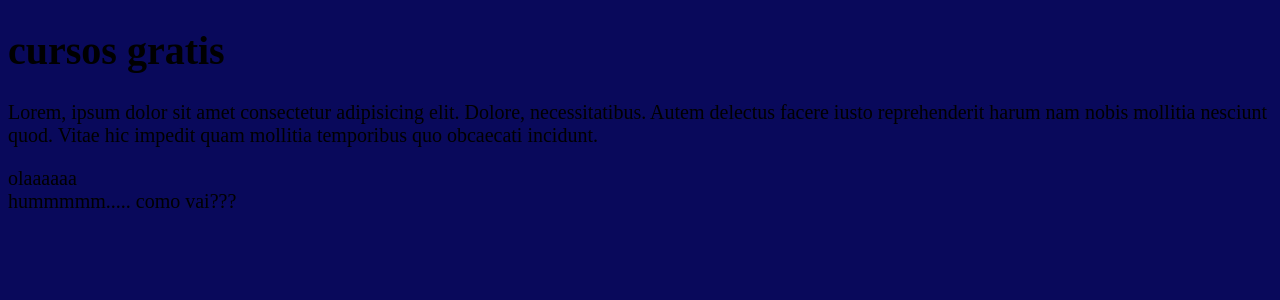
Repository: YuaneCastro/CRIANDO-UM-SITE--CURSO-GIT--GIT-HUB
Page: index.html
These files come from the project's save history. The page is drawn as it stood at one moment and after the next save; the edit follows.
The browser window is 1280 px wide. The pictures show the whole page.

Above is the page before, as saved 2025-08-14 00:28:21.

### index.html
<!DOCTYPE html>
<html lang="en">
<head>
    <meta charset="UTF-8">
    <meta name="viewport" content="width=device-width, initial-scale=1.0">
    <title>Document</title>
    <link rel="stylesheet" href="/index.css">
</head>
<body>
    <head>
        <h1>cursos gratis</h1>
    </head>
    <section>
        <p>Lorem, ipsum dolor sit amet consectetur adipisicing elit. Dolore, necessitatibus. Autem delectus facere iusto reprehenderit harum nam nobis mollitia nesciunt quod. Vitae hic impedit quam mollitia temporibus quo obcaecati incidunt.
        </p>
        <div>olaaaaaa</div>
        <div>hummmmm..... como vai???</div>
    </section>
    <script src="/index.js"></script>
</body>
</html>

### index.css
body{
    background: rgb(9, 9, 91);
    font-size: 20px;
    font-style: normal;
    color: ;
}

Loaded but not shown: index.js (no stored copy; drawn as an empty file)

After the next save:
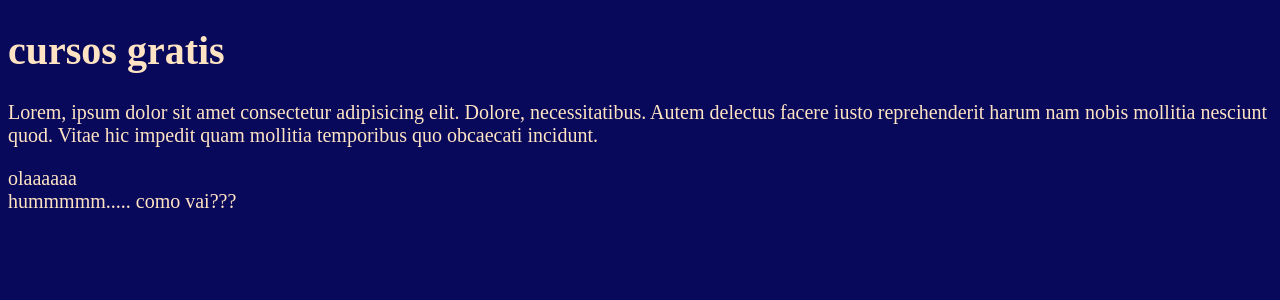
Saved 8 s later.
--- a/index.css
+++ b/index.css
@@ -2,5 +2,5 @@
     background: rgb(9, 9, 91);
     font-size: 20px;
     font-style: normal;
-    color: ;
+    color: bisque;
 }
